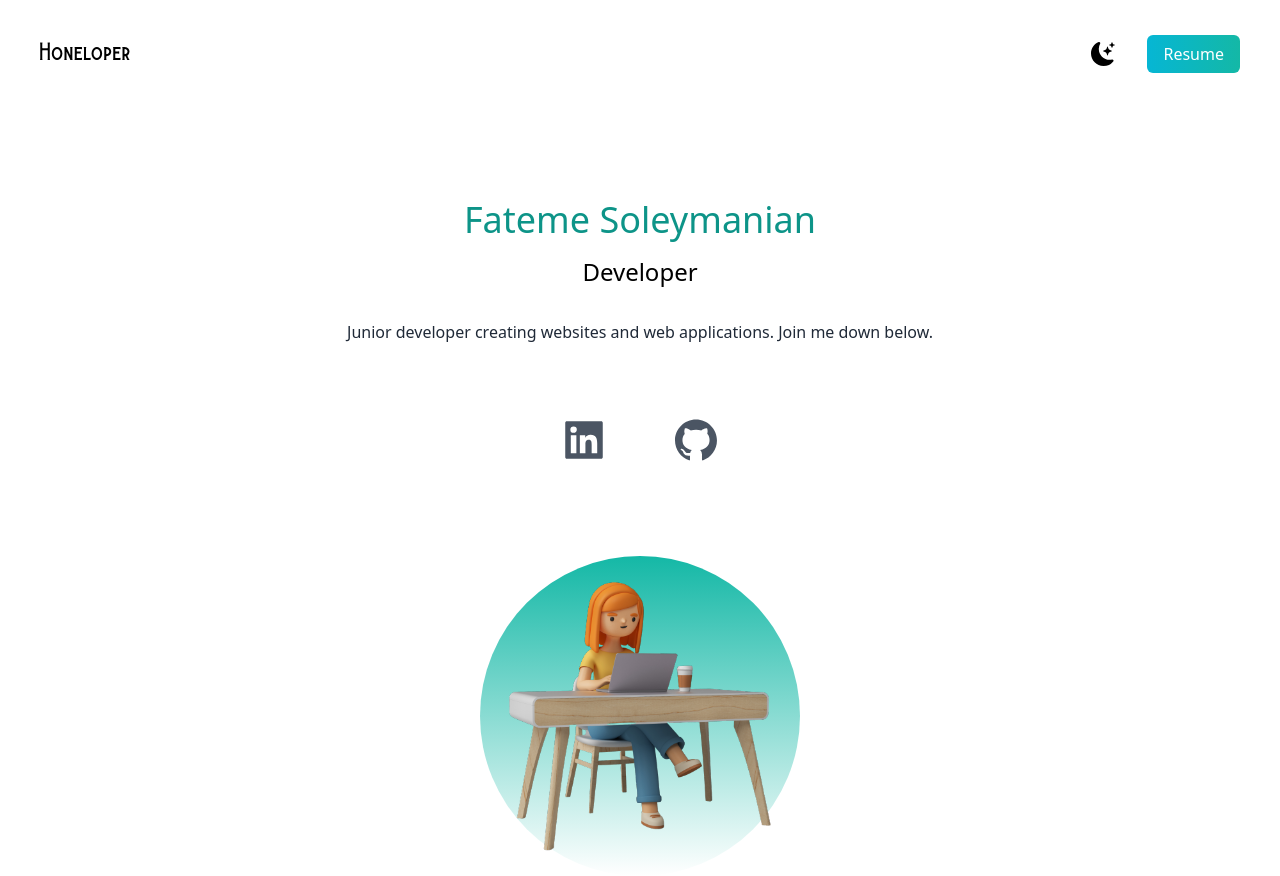
Repository: fatemesoleymanian/portfolio
Page: /
An editor plug-in stored every save of this project. The page is shown before and after the next save, followed by the edit.
The browser window is 1280 px wide. The pictures show the whole page.
The project was rebuilt for these pictures with package versions that can differ from the ones it lists, and the page was loaded fresh each time. The framework's server and built-in components were replaced by stand-ins that run in the browser. Also part of the build but not shown: next.config.js.

Above is the page before, as saved 2023-03-10 15:14:36.

After the next save:
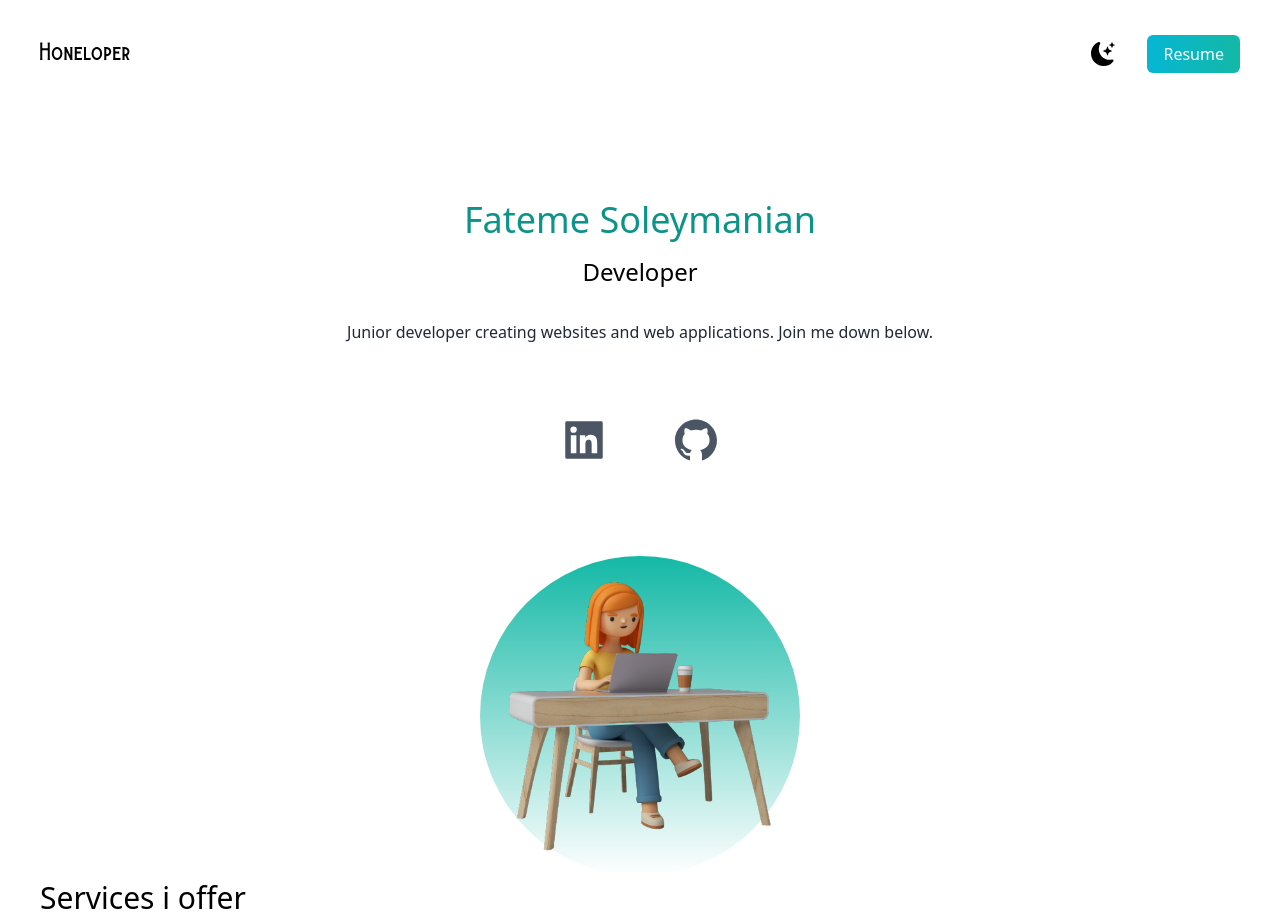
Saved 51 s later.
--- a/pages/index.js
+++ b/pages/index.js
@@ -48,7 +48,9 @@ export default function Home() {
 
         <section>
           <div>
-
+            <h3 className='text-3xl py-1'>
+              Services i offer
+            </h3>
           </div>
         </section>
       </main>
